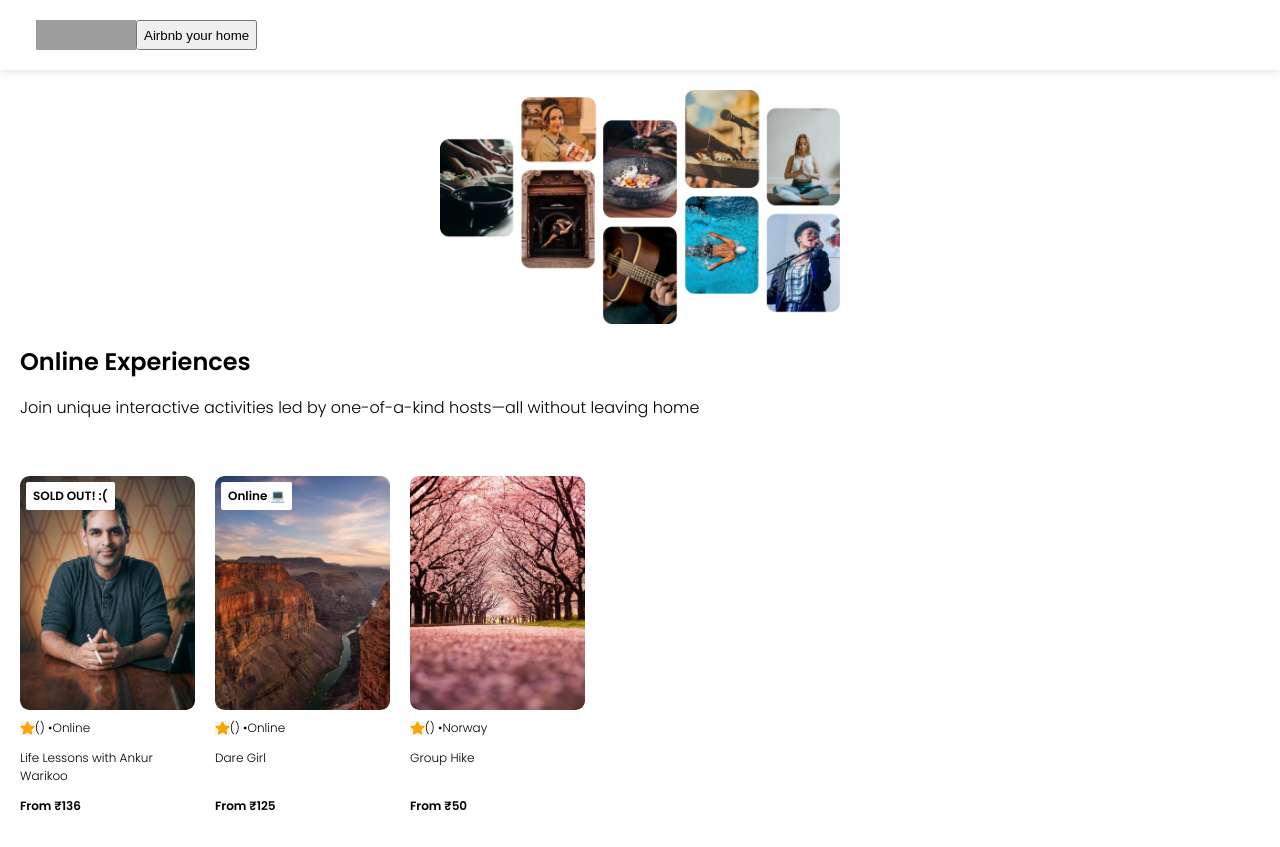
Repository: Sundaram-2001/Airbnb-experience
Page: /
An editor plug-in stored every save of this project. The page is shown before and after the next save, followed by the edit.
The browser window is 1280 px wide. The pictures show the whole page.
Pictures or frames that could not be fetched are drawn as grey boxes. The project was rebuilt for these pictures with package versions that can differ from the ones it lists, and the page was loaded fresh each time.

Above is the page before, as saved 2023-01-26 00:08:35.

After the next save:
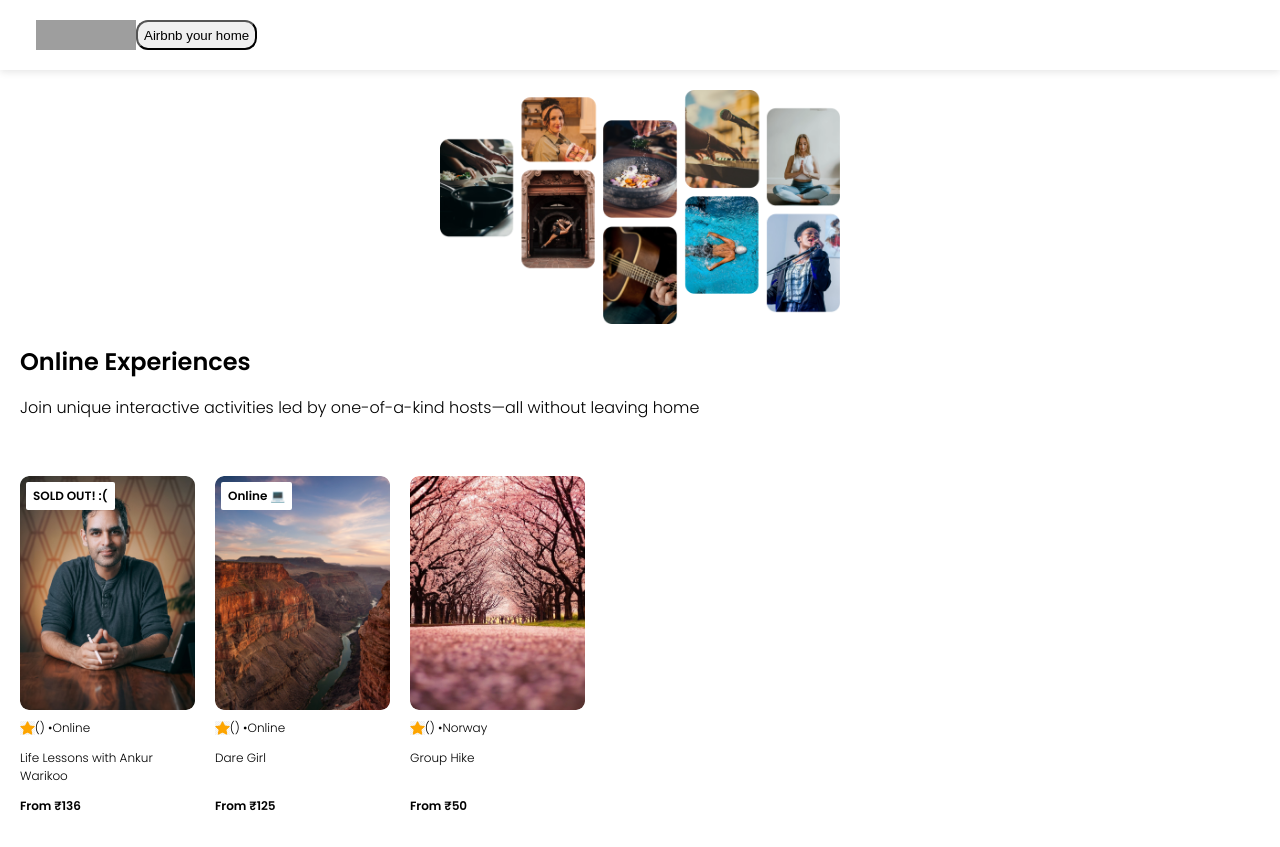
Saved 17 s later.
--- a/public/styles.css
+++ b/public/styles.css
@@ -7,7 +7,7 @@
     font-family: 'Poppins', sans-serif;
 }
 button {
-
+    border-radius: 12px;
   }
 
 nav {
